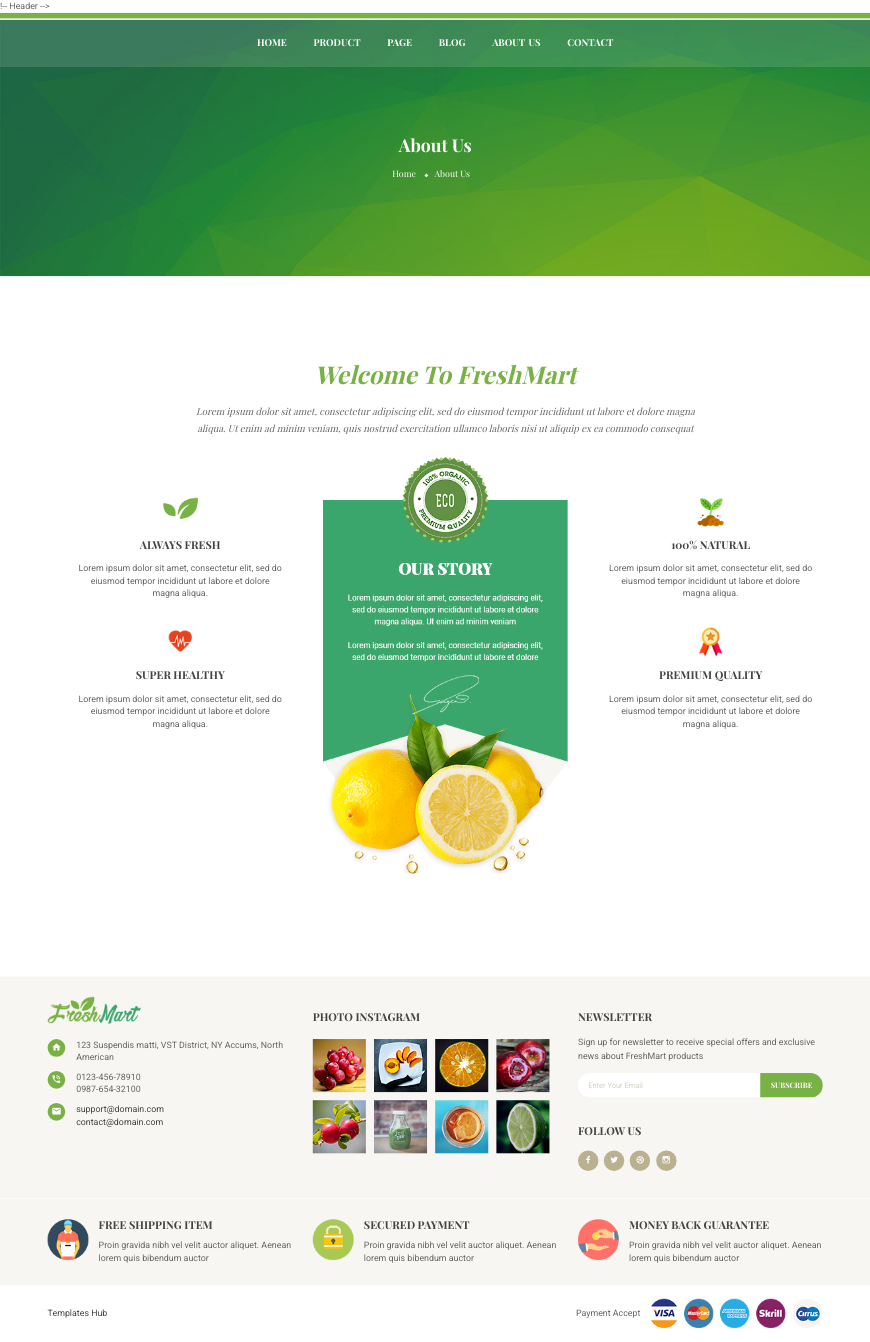
Repository: the-karanja/ForeverLiving2
Page: page-about-us.html
These files come from the project's save history. The page is drawn as it stood at one moment and after the next save; the edit follows.
The browser window is 1280 px wide. The pictures show the whole page, at 68% of full size.
Some web fonts or font styles are not loaded; a fallback is used.

Above is the page before, as saved 2024-06-20 19:14:06.

After the next save:
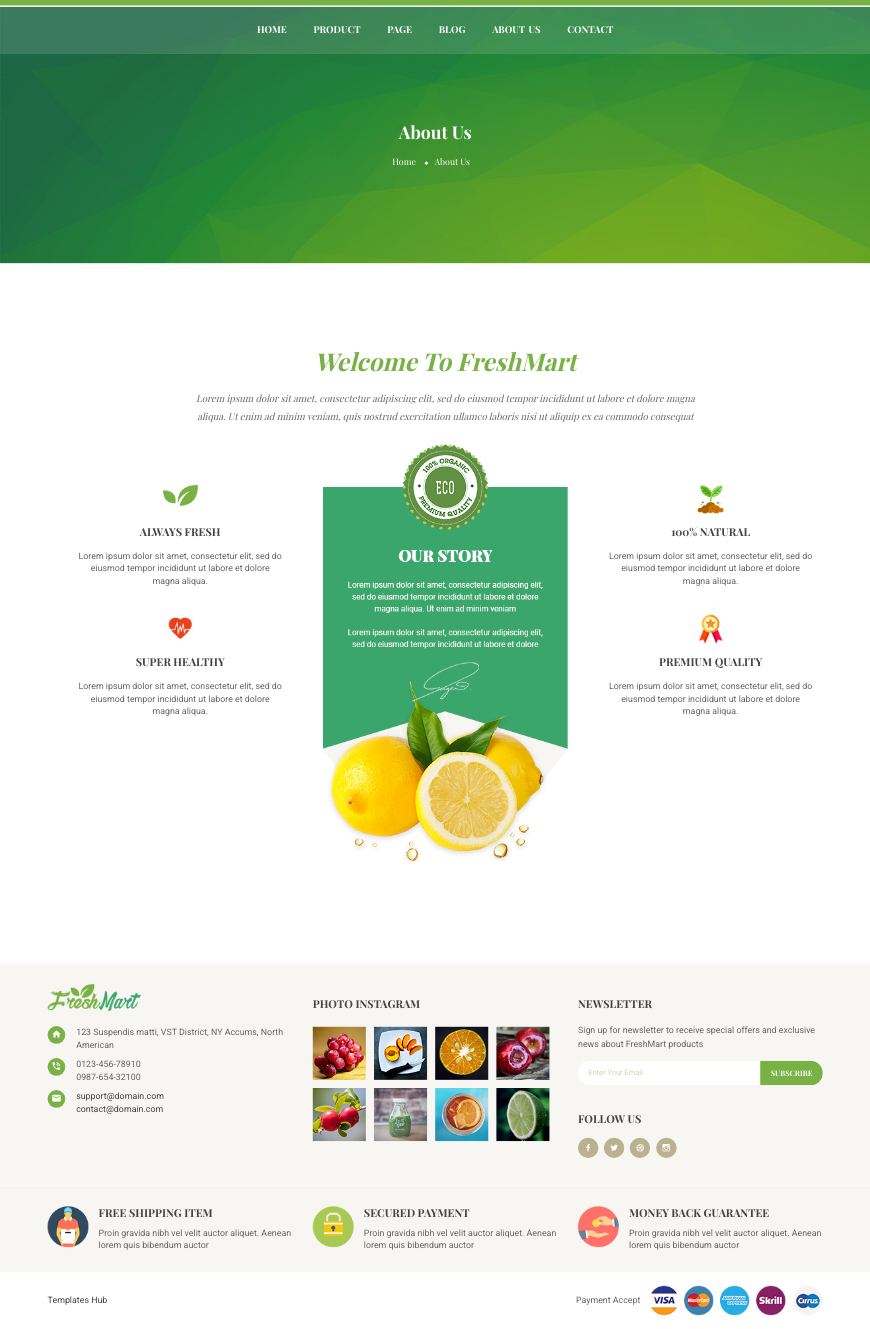
Saved 26 s later.
--- a/page-about-us.html
+++ b/page-about-us.html
@@ -40,12 +40,11 @@
 	<body class="home home-1">
 		<div id="all">
 
-			!-- Header -->
 			<header id="header" >
 				<!-- Topbar -->
 
 
-				<!-- Header Top -->
+
 				<div class="header-top" style="margin-top:-100px">
 					<div class="container">
 						<div class="row">
